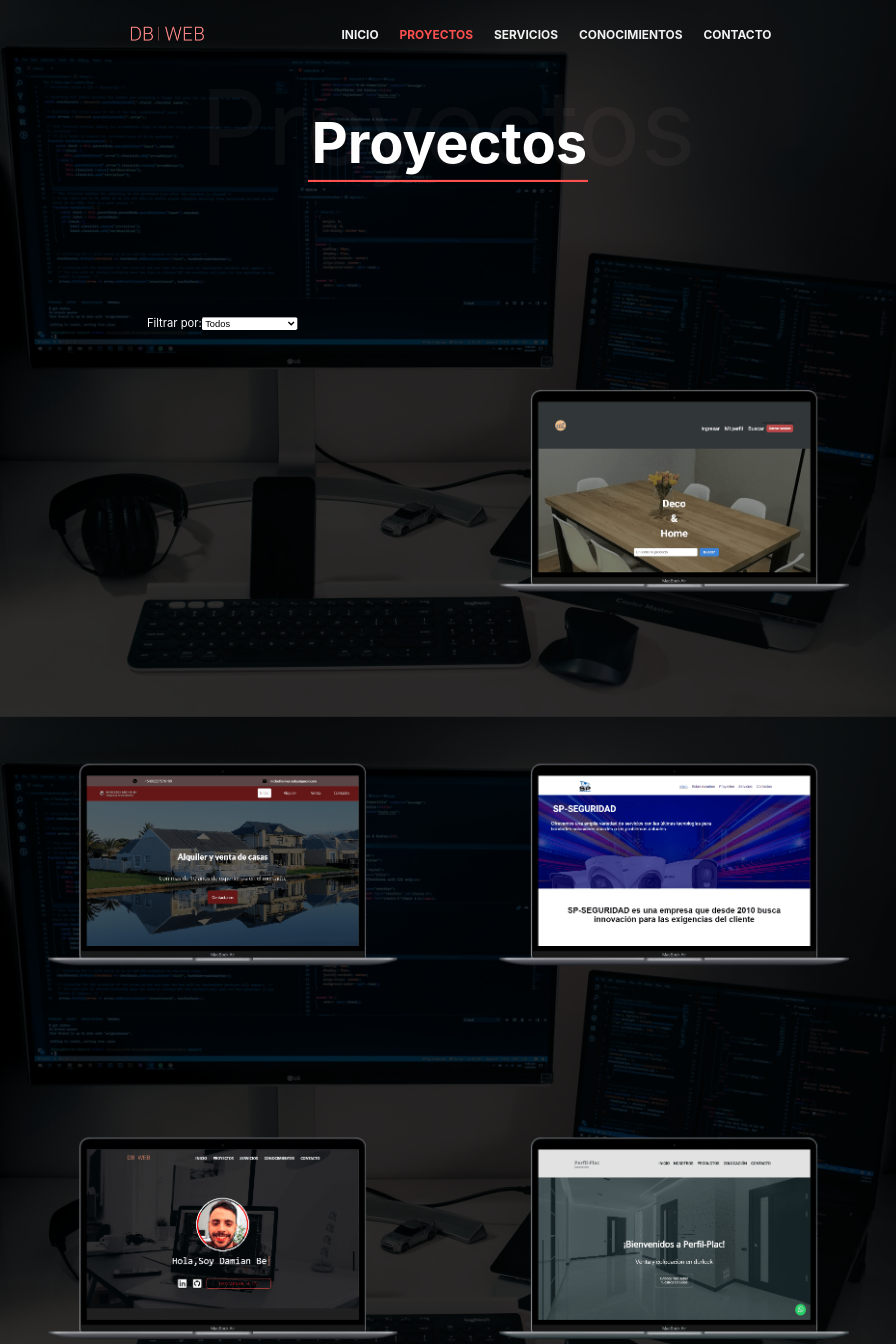
Repository: DamianBermudez94/DB-Porfolio
Page: /proyecto
The author's editor kept a copy of each file at every save. The page is drawn from the files as they stood at one save, then again after the next save.
The browser window is 1280 px wide. The pictures show the part of the page from y = 0 to 1920 px (the page is 3360 px tall before and 741 px after), at 70% of full size.
Backgrounds fixed to the window are drawn as part of the page. Some web libraries are served in a nearby version. The project was rebuilt for these pictures with package versions that can differ from the ones it lists, and the page was loaded fresh each time. Also part of the build but not shown: vite.config.js, src/components/TextoCustom/styles.css, src/components/TextoCustom/CustomText.jsx, src/components/Home/styles.css, src/components/Home/Home.jsx, src/pages/Inicio.jsx, src/components/Servicios/styles.css, src/components/Servicios/Service.jsx and 8 more.

Above is the page before, as saved 2024-04-01 11:26:28.

After the next save:
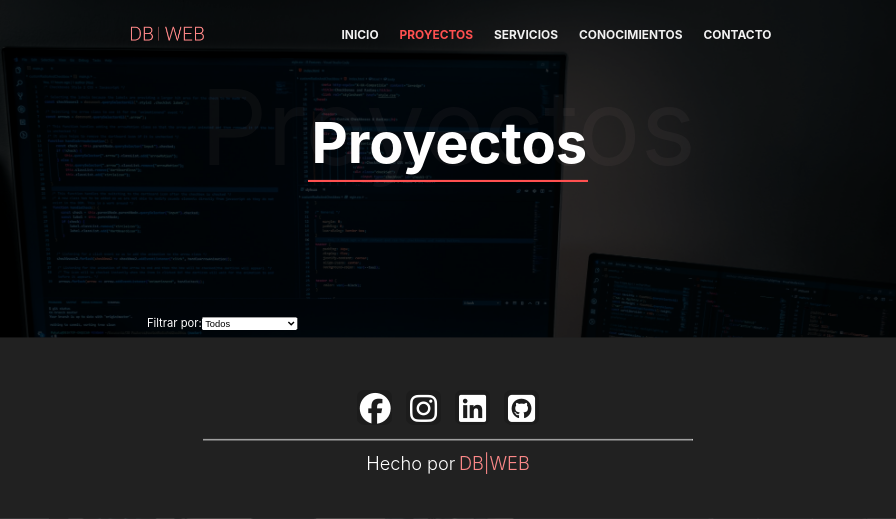
Saved 2 min 11 s later.
--- a/src/components/Proyectos/ListaTrabajos.jsx
+++ b/src/components/Proyectos/ListaTrabajos.jsx
@@ -33,7 +33,7 @@
   );
   const filteredTrabajos = trabajos.filter((trabajo) => {
     console.log(trabajo);
-    if ( filtro === "todos") return true;
+    if ( filtro === trabajo) return true;
     console.log("soy los trabajos",filtro);
     const filtroFinalizado = trabajo.tipo === filtro;
     console.log(filtroFinalizado);

After the 2 saves that followed:
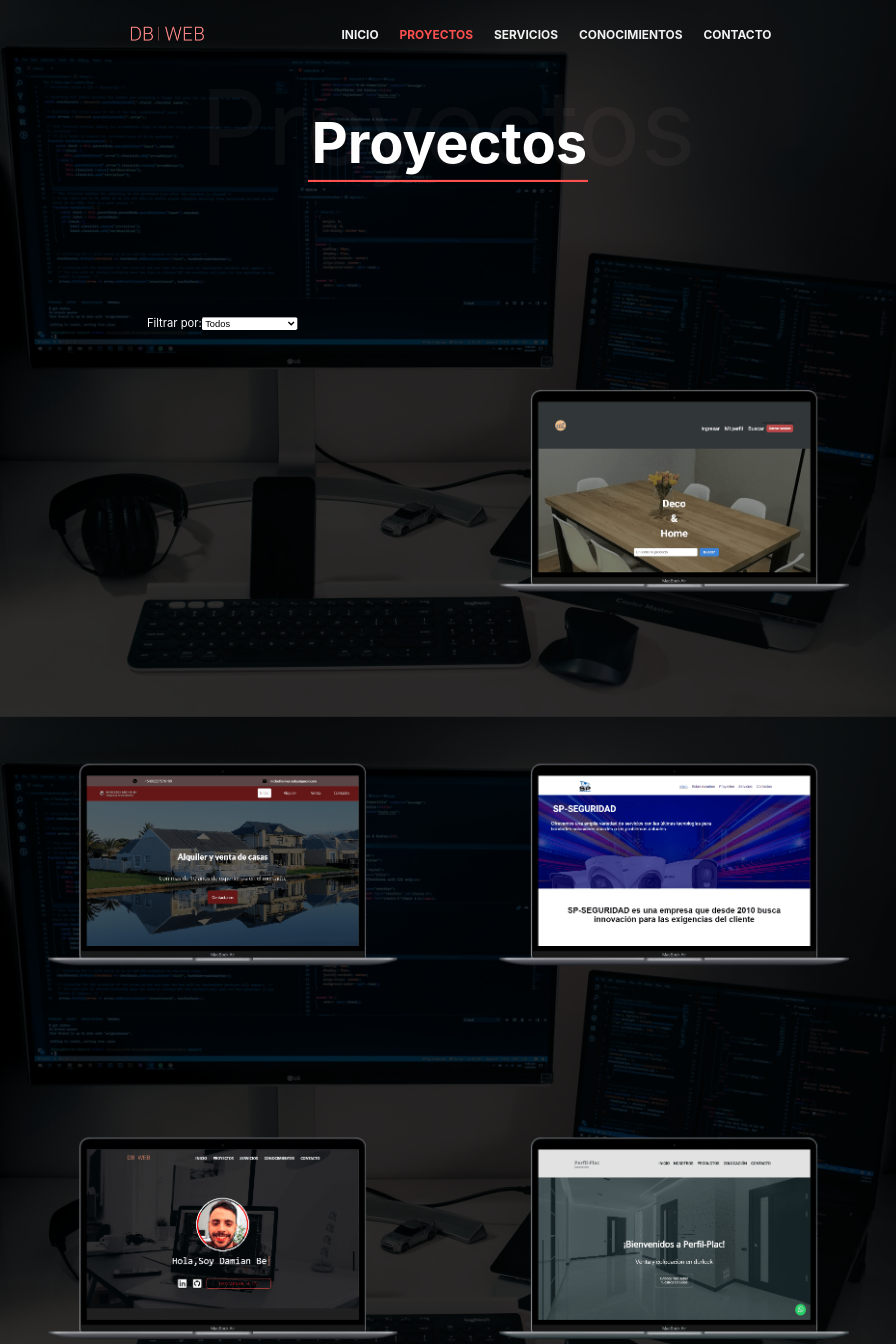
The 2 saves are shown as one change because 1 left the picture as it was.
The last was saved 53 s later.
--- a/src/components/Proyectos/ListaTrabajos.jsx
+++ b/src/components/Proyectos/ListaTrabajos.jsx
@@ -33,7 +33,7 @@
   );
   const filteredTrabajos = trabajos.filter((trabajo) => {
     console.log(trabajo);
-    if ( filtro === trabajo) return true;
+    if ( filtro === "todos" || filtro === trabajo.tipo) return true;
     console.log("soy los trabajos",filtro);
     const filtroFinalizado = trabajo.tipo === filtro;
     console.log(filtroFinalizado);
